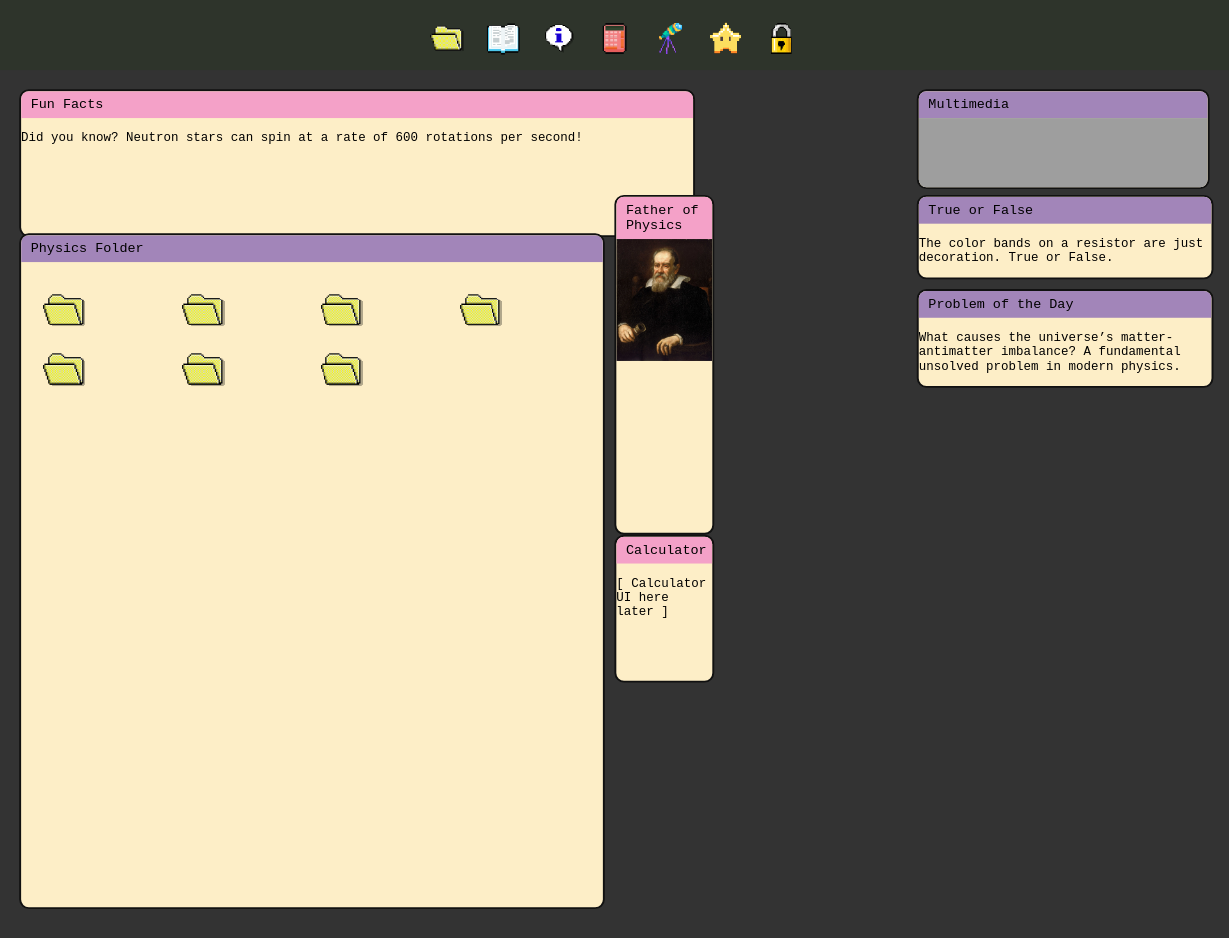
Repository: scarfer14/CCPHYS2L_Project
Page: /dashboard
An editor plug-in stored every save of this project. The page is shown before and after the next save, followed by the edit.
The browser window is 1280 px wide. The pictures show the whole page, at 96% of full size.
Pictures or frames that could not be fetched are drawn as grey boxes. The project was rebuilt for these pictures with package versions that can differ from the ones it lists, and the page was loaded fresh each time. Also part of the build but not shown: vite.config.js, src/astartsc/start.jsx, src/lessons/folder1.css, src/lessons/folder1.jsx, src/lessons/book.css, src/lessons/book.jsx, src/lessons/email.css, src/lessons/email.jsx and 2 more.

Above is the page before, as saved 2025-05-29 15:34:34.

After the next save:
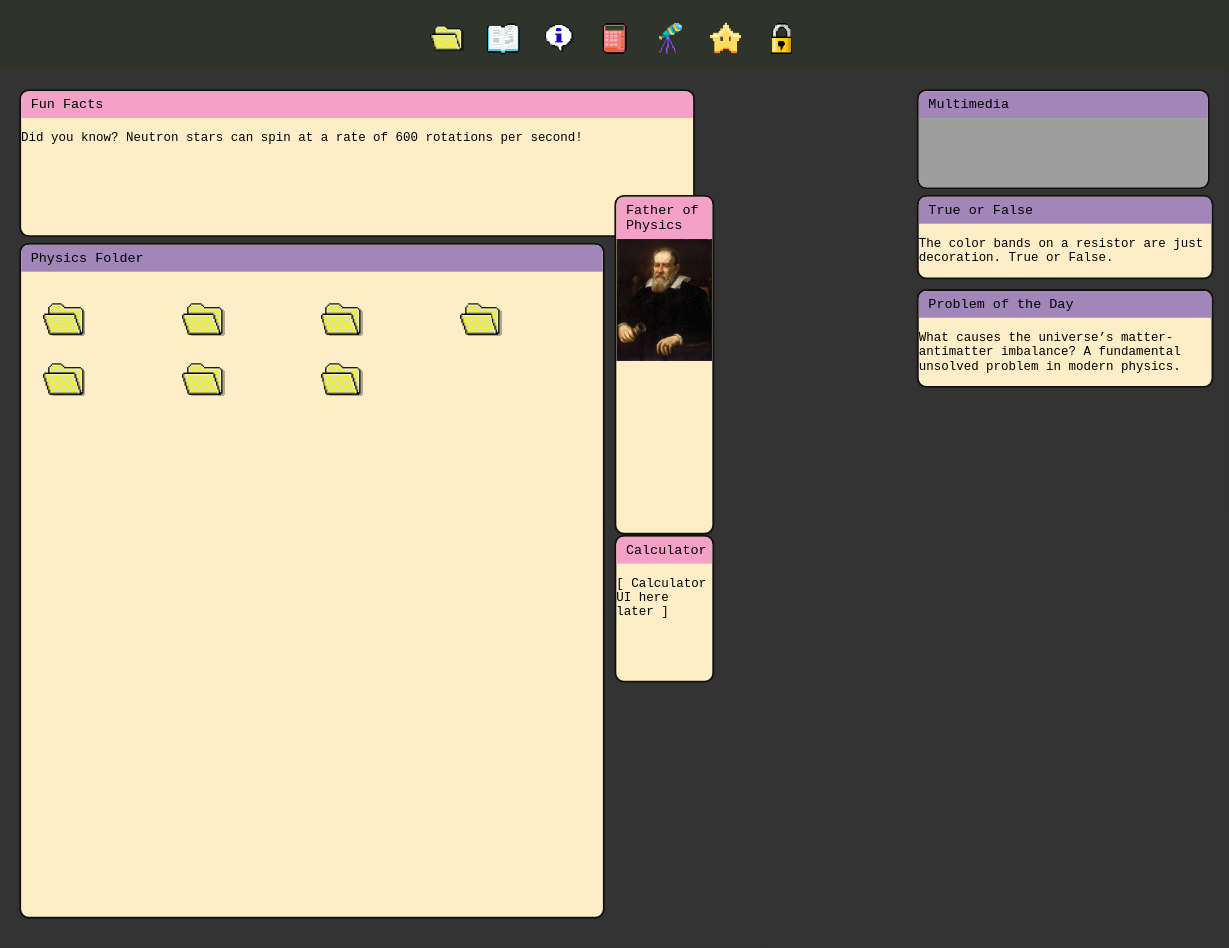
Saved 5 s later.
--- a/src/bdashsc/dashbody.css
+++ b/src/bdashsc/dashbody.css
@@ -42,7 +42,7 @@
 /* Grid Area Assignments */
 .fun-facts      { grid-area: fun-facts; height: 150px; width: 700px;}
 .multimedia     { grid-area: multimedia; height: 100px;}
-.physics-folder { grid-area: physics-folder; margin-top: 40px; height: 700px; min-width: 500px; }
+.physics-folder { grid-area: physics-folder; margin-top: 50px; height: 700px; min-width: 500px; }
 .father         { grid-area: father; height: 350px; width: 100px}
 
 /* Right Column Stack */
